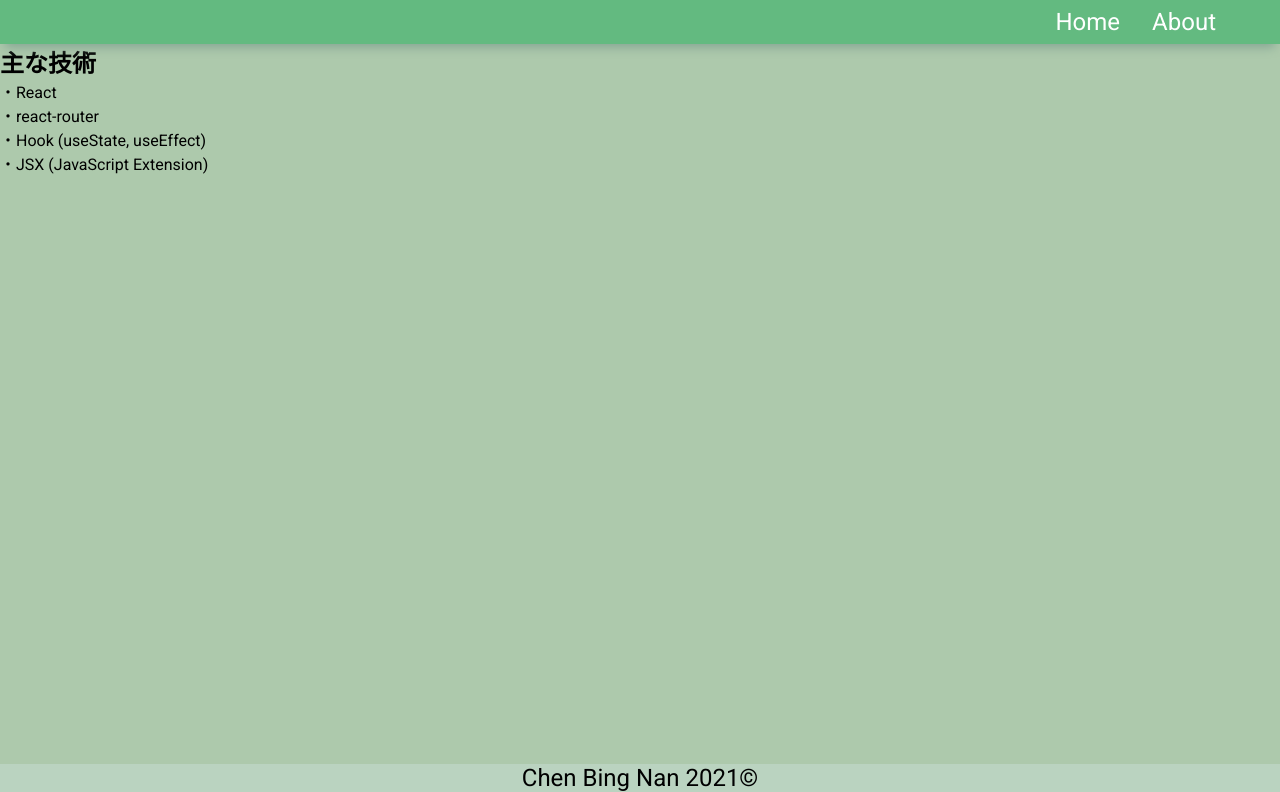
Repository: r1991108/pictureSearchProj
Page: /pictureSearchProj/about
These files come from the project's save history. The page is drawn as it stood at one moment and after the next save; the edit follows.
The browser window is 1280 px wide. The pictures show the whole page.
The project was rebuilt for these pictures with package versions that can differ from the ones it lists, and the page was loaded fresh each time. Also part of the build but not shown: src/components/Search.js, src/components/Pictures.js, src/pages/Homepage.js.

Above is the page before, as saved 2021-11-23 21:28:10.

After the next save:
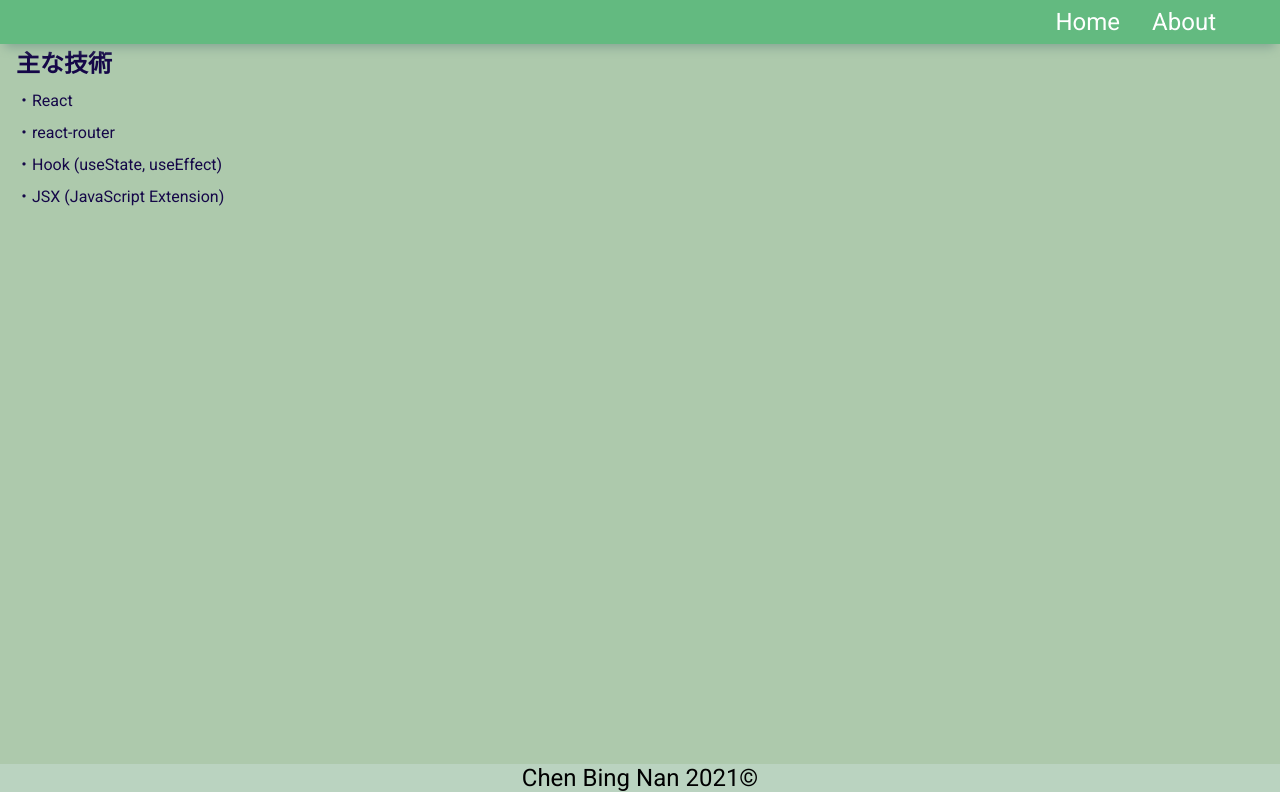
Saved 86 s later.
--- a/src/pages/About.js
+++ b/src/pages/About.js
@@ -2,7 +2,7 @@ import React from "react";
 
 const About = () => {
   return (
-    <div style={{ minHeight: "100vh" }}>
+    <div className="about" style={{ minHeight: "100vh" }}>
       <h2>主な技術</h2>
       <ul>
         <li>・React</li>
